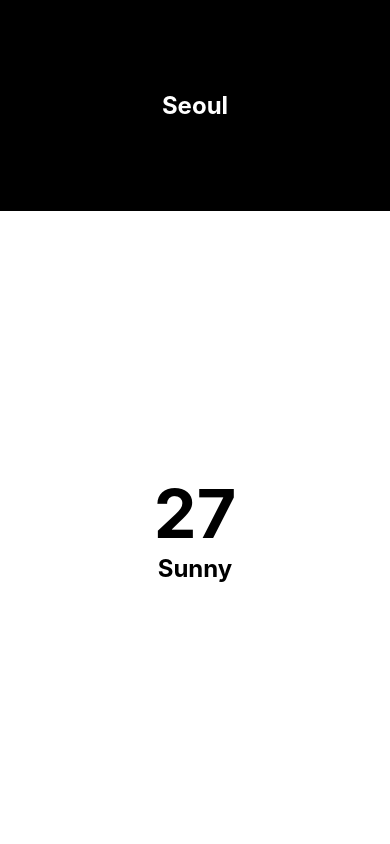
Repository: NewTurn2017/React-Native-Weather-App
Screen: /
An editor plug-in stored every save of this project. The screen is shown before and after the next save, followed by the edit.
The app was drawn by React Native's web renderer in a window 390 px wide. The project was rebuilt for these pictures with package versions that can differ from the ones it lists, and the page was loaded fresh each time.

Above is the screen before, as saved 2023-04-21 10:57:40.

### App.js
import { StatusBar } from 'expo-status-bar'
import { View, Text, StyleSheet } from 'react-native'

export default function App() {
  return (
    <View style={styles.container}>
      <StatusBar style="light" />
      <View style={styles.city}>
        <Text style={styles.cityName}>Seoul</Text>
      </View>
      <View style={styles.weather}>
        <View style={styles.day}>
          <Text style={styles.temp}>27</Text>
          <Text style={styles.description}>Sunny</Text>
        </View>
      </View>
    </View>
  )
}
const styles = StyleSheet.create({
  container: {
    flex: 1,
    backgroundColor: 'black',
  },
  cityName: {
    color: 'white',
    fontSize: 24,
    fontWeight: 'bold',
  },
  city: {
    flex: 1,
    backgroundColor: 'black',
    alignItems: 'center',
    justifyContent: 'center',
  },
  weather: {
    flex: 3,
    backgroundColor: 'white',
    alignItems: 'center',
    justifyContent: 'center',
  },
  day: {
    justifyContent: 'space-around',
    alignItems: 'center',
    paddingHorizontal: 20,
  },
  temp: {
    color: 'black',
    fontSize: 68,
    fontWeight: 'bold',
  },
  description: {
    color: 'black',
    fontSize: 24,
    fontWeight: 'bold',
  },
})

After the next save:
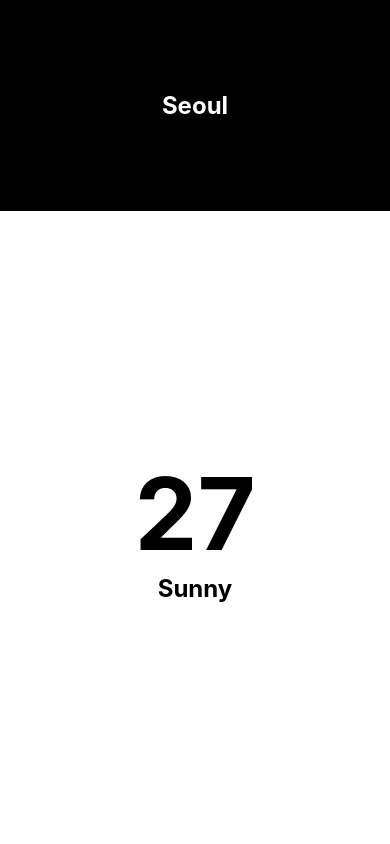
Saved 5 s later.
--- a/App.js
+++ b/App.js
@@ -46,7 +46,7 @@ const styles = StyleSheet.create({
   },
   temp: {
     color: 'black',
-    fontSize: 68,
+    fontSize: 100,
     fontWeight: 'bold',
   },
   description: {
